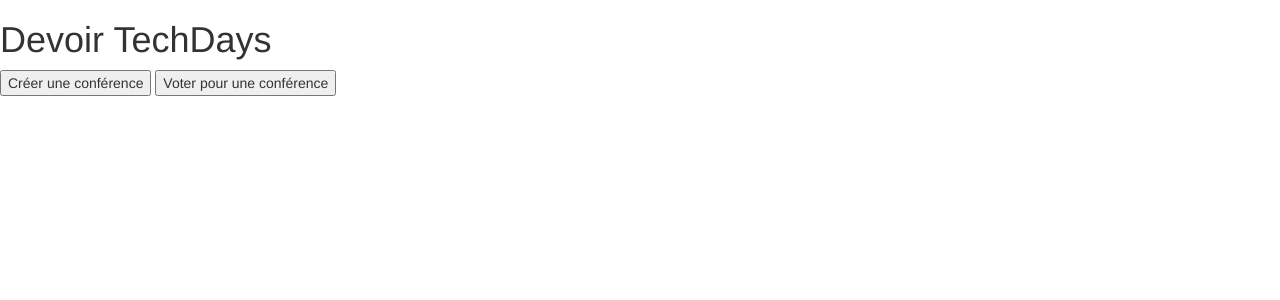
Repository: Chebani/Devoir-n2
Page: http://localhost/database/application/views/techdays.php
The author's editor kept a copy of each file at every save. The page is drawn from the files as they stood at one save, then again after the next save.
The browser window is 1280 px wide. The pictures show the whole page.
The page is run by PHP 8.4 with error messages shown; the project is at /var/www/html/.

Above is the page before, as saved 2018-10-11 15:29:58.

After the next save:
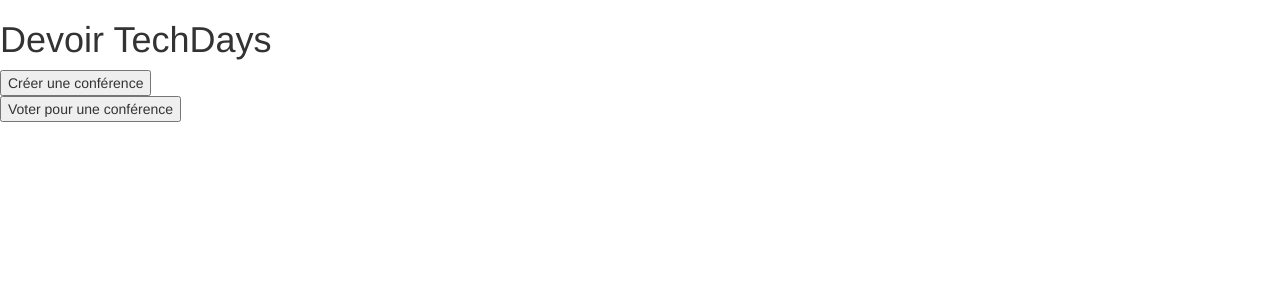
Saved 6 s later.
--- a/application/views/techdays.php
+++ b/application/views/techdays.php
@@ -10,7 +10,7 @@
 </head>
 <body>
     <h1>Devoir TechDays</h1>
-    <button>Créer une conférence</button>
+    <button>Créer une conférence</button><br>
     <button>Voter pour une conférence</button>
 </body>
 </html>
